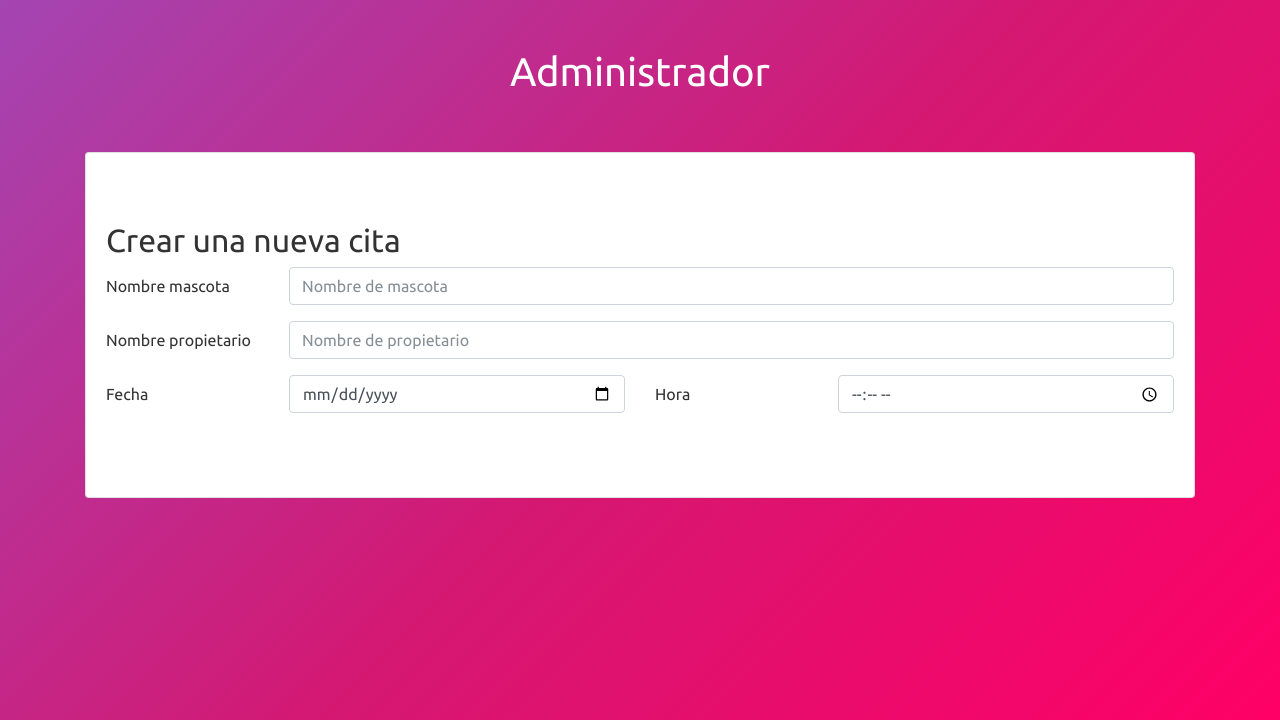
Repository: harrycampaz/react-veterinario-form
Page: /
These files come from the project's save history. The page is drawn as it stood at one moment and after the next save; the edit follows.
The browser window is 1280 px wide. The pictures show the whole page.
The project was rebuilt for these pictures with package versions that can differ from the ones it lists, and the page was loaded fresh each time.

Above is the page before, as saved 2020-01-16 14:23:26.

### src/App.js
import React, { Component } from "react";
import "./bootstrap.min.css";
import Header from "./components/ui/Header";
import NuevaCita from "./components/layout/NuevaCita";

class App extends Component {
  state = {};
  render() {
    return (
      <div className="container">
        <Header titulo="Administrador" />
        <div className="row">
          <div className="col-md-12 max-auto">
            <NuevaCita />
          </div>
        </div>
      </div>
    );
  }
}

export default App;

### src/components/ui/Header.js
import React from 'react';

const Header = ({titulo}) => {
    return (
      <header>
<h1 className="text-center"> {titulo}</h1>
      </header>
    );
};

export default Header;

### src/components/layout/NuevaCita.js
import React, { Component } from "react";

class NuevaCita extends Component {
  render() {
    return (

      <div className="card mt-5 py-5">
        <div className="card-body">
          <h2> Crear una nueva cita</h2>
        <form>
          <div class="form-group row">
            <label className="col-sm-4 col-lg-2 col-form-label" for="nombre">
              Nombre mascota
            </label>
            <div className="col-sm-8 col-lg-10">
              <input
                type="text"
                className="form-control"
                name="mascota"
                id="mascota"
                aria-describedby="emailHelpId"
                placeholder="Nombre de mascota"
              />
            </div>
          </div>
          <div class="form-group row">
            <label className="col-sm-4 col-lg-2 col-form-label" for="nombre">
              Nombre propietario
            </label>
            <div className="col-sm-8 col-lg-10">
              <input
                type="text"
                className="form-control"
                name="propietario"
                id="propietario"
                aria-describedby="emailHelpId"
                placeholder="Nombre de propietario"
              />
            </div>
          </div>

          <div class="form-group row">
            <label className="col-sm-4 col-lg-2 col-form-label" for="nombre">
              Fecha
            </label>
            <div className="col-sm-8 col-lg-4">
              <input
                type="date"
                className="form-control"
                name="fecha"
                id="fecha"
                aria-describedby="emailHelpId"
              />
            </div>

            <label className="col-sm-4 col-lg-2 col-form-label" for="nombre">
              Hora
            </label>
            <div className="col-sm-8 col-lg-4">
              <input
                type="time"
                className="form-control"
                name="propietario"
                id="propietario"
                aria-describedby="emailHelpId"
                placeholder="Nombre de propietario"
              />
            </div>
          </div>
        </form>
      </div>
      </div>
    );
  }
}

export default NuevaCita;

Loaded but not shown: public/index.html (common file); src/index.js (common file); src/index.css (common file); src/serviceWorker.js (common file); src/bootstrap.min.css (library)

After the next save:
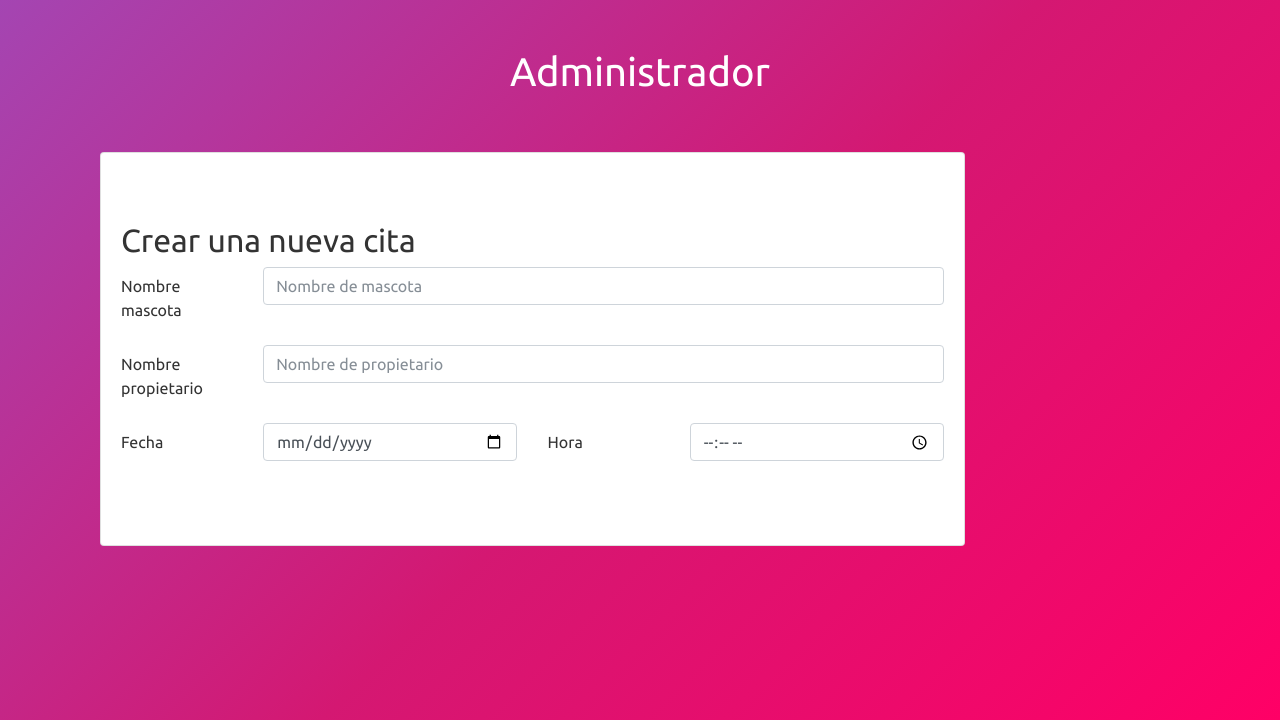
Saved 19 s later.
--- a/src/App.js
+++ b/src/App.js
@@ -9,7 +9,7 @@ class App extends Component {
     return (
       <div className="container">
         <Header titulo="Administrador" />
-        <div className="row">
+        <div className="row col-md-10">
           <div className="col-md-12 max-auto">
             <NuevaCita />
           </div>
